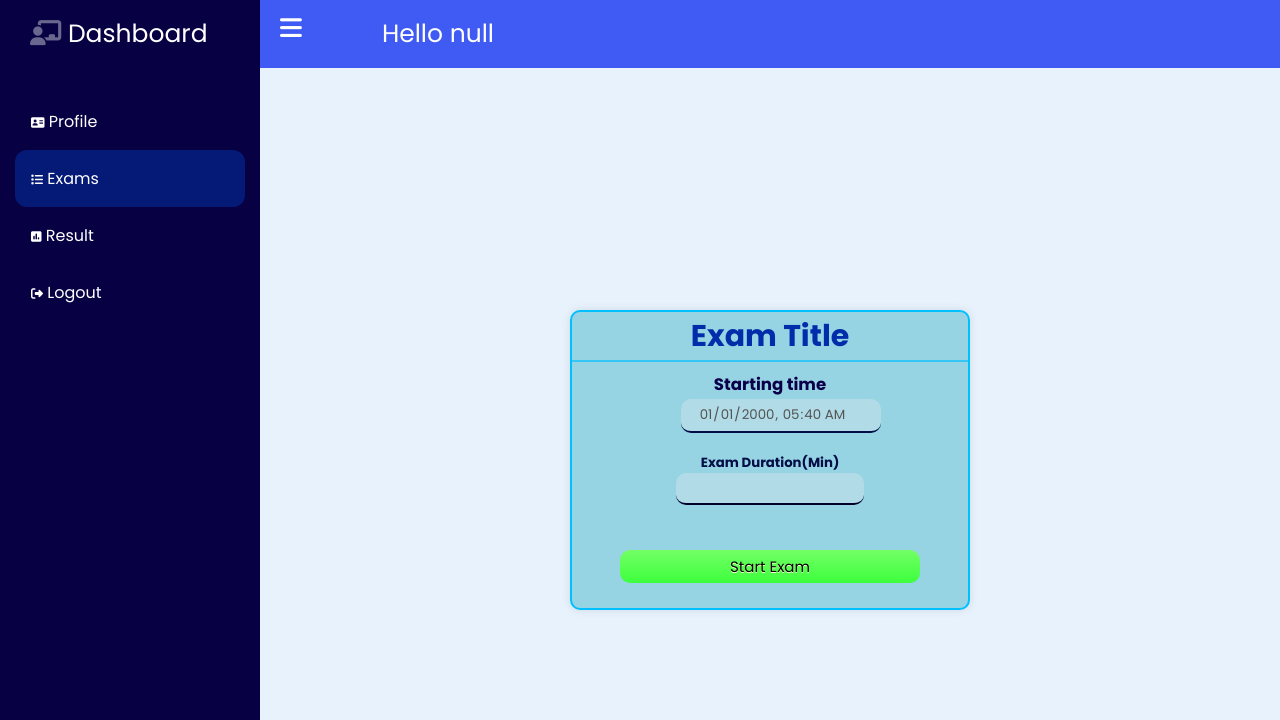
Repository: Buddhadip/ExamPortalApp_struts
Page: http://localhost/ExamWizard/WEB-INF/views/studentExams.jsp
The author's editor kept a copy of each file at every save. The page is drawn from the files as they stood at one save, then again after the next save.
The browser window is 1280 px wide. The pictures show the whole page.
The page is served by Tomcat 9. Nobody is signed in. Other server files are loaded and not shown. The template is opened directly, without the code that normally fills it, so the values that code supplies are empty.

Above is the page before, as saved 2023-07-19 09:46:56.

### ExamWizard/src/main/webapp/WEB-INF/views/studentExams.jsp
<%@ page language="java" contentType="text/html; charset=UTF-8"
    pageEncoding="UTF-8"%>
<!DOCTYPE html>
<html>
<head>
    <meta charset="UTF-8" />
    <meta http-equiv="X-UA-Compatible" content="IE=edge" />
    <meta name="viewport" content="width=device-width, initial-scale=1.0" />
    <title>Student Dashboard</title>
    <link rel="stylesheet" href="public/styles/studentHome.css" />
    <link rel="stylesheet" href="public/styles/studentExams.css" />
    <link rel="stylesheet" href="https://cdnjs.cloudflare.com/ajax/libs/font-awesome/6.4.0/css/all.min.css">
<title>Student Home</title>
</head>
<body>
<!-- <%@ taglib prefix="c" uri="http://java.sun.com/jsp/jstl/core" %>
<%
   // Retrieve a session attribute
   String username = (String) session.getAttribute("username");
%> -->
<nav class="sidebar">
      <a href="#" class="logo">
        <i class="fa-solid fa-chalkboard-user fa-beat-fade"></i>
        Dashboard
      </a>

      <div class="menu-content">
        <ul class="menu-items">
          <li class="item">
          <li class="item">
            <a href="profile.do">
              <i class="fa-solid fa-address-card"></i>
              Profile</a>
          </li>

          <li class="item  selected-item">
            <a href="studentExams.do">
                <i class="fa-solid fa-list"></i>
              Exams</a>
          </li>

          <li class="item">
            <a href="result.do">
            <i class="fa-solid fa-square-poll-vertical"></i>
              Result</a>
          </li>

          <li class="item">
            <a href="logout.do">
              <i class="fa-solid fa-right-from-bracket"></i>
              Logout</a>
          </li>
        </ul>
      </div>
    </nav>

    <nav class="navbar">
      <i class="fa-solid fa-bars" id="sidebar-close"></i>

      <div class="hellotext">Hello <%= username %></div>
    </nav>

    <main class="main">

      <div class="exam-card">

        <div class="exam-card-header">
          <h2> Exam Title</h2>
          <input type="text" class="eid"  id="${exam.eid}-id" name="eid" value="${exam.eid}" style="display: none" />
        </div>
        <div class="exam-card-body">
          <div class="body-time">
            <div class="exam-card-body-item" >
              <h5>Starting time</h5>
              <input type="datetime-local"  class="starttime" name="estart" value="2000-01-01T05:40:00" disabled/>
            </div>
          </div>
          <div class="duration">
            <h5>Exam Duration(Min)</h3>
            <input type="text" name="eduration"  id="${exam.eid}-dur" value="${exam.eduration}" disabled />
          </div>
          <div class="button-area">
            <div class="bottom-button">
              <button class="exambutton yellow" id="startexambutton"
                onclick="StartExam('${exam.eid}')">
                Start Exam
              </button>
            </div>
          </div>
        </div>
      </div>
    </main>

    <script src="public/js/studentExams.js"></script>

</body>
</html>

### ExamWizard/src/main/webapp/public/styles/studentHome.css
@charset "ISO-8859-1";
@charset "UTF-8";
/* Import Google font - Poppins */
@import url("https://fonts.googleapis.com/css2?family=Poppins:wght@200;300;400;500;600;700&display=swap");
* {
  margin: 0;
  padding: 0;
  box-sizing: border-box;
  font-family: "Poppins", sans-serif;
}

body{
	background: #e7f2fd;
}
.sidebar {
  position: fixed;
  height: 100%;
  width: 260px;
  background: #070144;
  padding: 15px;
  z-index: 99;
}
.logo {
  font-size: 25px;
  padding: 0 15px;
}
.sidebar a {
  color: #fff;
  text-decoration: none;
}
.menu-content {
  position: relative;
  height: 100%;
  width: 100%;
  margin-top: 40px;
  overflow-y: scroll;
}
.menu-content::-webkit-scrollbar {
  display: none;
}
.menu-items {
  height: 100%;
  width: 100%;
  list-style: none;
  transition: all 0.4s ease;
}
.submenu-active .menu-items {
  transform: translateX(-56%);
}
.item a,
.submenu-item {
  padding: 16px;
  display: inline-block;
  width: 100%;
  border-radius: 12px;
}
.item i {
  font-size: 12px;
}
.item a:hover,
.submenu-item:hover,
.submenu .menu-title:hover {
  background: rgba(34, 98, 236, 0.719);
}
.submenu .menu-title:hover ,
.selected-item {
  background: rgba(5, 81, 223, 0.322);
  border-radius: 12px;
}
.submenu-item {
  display: flex;
  justify-content: space-between;
  align-items: center;
  color: #fff;
  cursor: pointer;
}
.submenu {
  position: absolute;
  height: 100%;
  width: 100%;
  top: 0;
  right: calc(-100% - 26px);
  height: calc(100% + 100vh);
  background: #11101d;
  display: none;
}
.show-submenu ~ .submenu {
  display: block;
}
.submenu .menu-title {
  border-radius: 12px;
  cursor: pointer;
}
.submenu .menu-title i {
  margin-right: 10px;
}
.navbar,
.main {
  left: 260px;
  width: calc(100% - 260px);
  transition: all 0.5s ease;
  z-index: 1000;
}
.sidebar.close ~ .navbar,
.sidebar.close ~ .main {
  left: 0;
  width: 100%;
}
.navbar {
  position: fixed;
  color: #fff;
  padding: 15px 20px;
  font-size: 25px;
  background: #405bf4;
  cursor: pointer;
  display:flex;
  flex-direction:row;
}

.navbar .hellotext{
  margin-left:80px;
}
.navbar #sidebar-close {
  cursor: pointer;
}
.main {
  position: relative;
  display: flex;
  align-items: center;
  justify-content: center;
  height: 100vh;
  z-index: 100;
  background: #e7f2fd;
  z-index: 100;
  overflow-y:scroll;
  background: #e7f2fd;
  flex-direction:column;
  padding-top:200px;
}
.main h1 {
  color: #11101d;
  font-size: 40px;
  text-align: center;
}

### ExamWizard/src/main/webapp/public/styles/studentExams.css
@charset "ISO-8859-1";
@charset "ISO-8859-1";

.main h1 {
  color: #11101d;
  font-size: 40px;
  text-align: center;
  height: 5%;
}
.card-holder{
  display:flex;
  flex-direction:row;
  justify-content:space-around;
  align-items:center;
  flex-wrap: wrap;
  width:100%;
  height:95%;
  margin-top:50px;
  /* background-color: rgb(229, 255, 255); */
  padding: 50px;
}
.exam-card{
  width: 400px;
  height: 300px;
  background-color: rgb(255, 255, 255);
  border-radius: 10px;
  border: 2px solid deepskyblue;
  box-shadow: 0px 0px 10px 0px rgba(0, 0, 0, 0.1);
  margin: 20px;
  display: flex;
  flex-direction: column;
  align-items: center;
  cursor: pointer;
  transition: all 0.3s ease;
  background-color: #76c8d9b5;
}
.exam-card-header{
  width: 100%;
  height: 50px;
  color: #002eab;

  display: flex;
  justify-content: center;
  align-items: center;
  font-size: 20px;
  font-weight: 600;
  border-bottom: 2px solid rgba(0, 191, 255, 0.644);
}
.exam-card-body{
  width: 100%;
}

.exam-card-body-item{
  width:50%;
  padding: 10px;

}
.exam-card-body-item h5{
  color: rgb(10, 0, 74);
  text-align: center;
}
.exam-card-body-item input{
  border-radius: 10px;
  padding: 5px 0px;
  text-align: center;
}
.body-time{
  width:100%;
  display: flex;
  justify-content: center;
  align-items: center;
  font-size: 20px;
  flex-direction: row;
}
.starttime{
  border: none;
    border-bottom: 2px solid #000d47;
}
.duration {
  width: 100%;
  text-align: center;
  padding: 10px;
  color: #000d47;


}
.duration input{
    width: 50%;
    padding: 5px;
    border-radius: 10px;
    border: none;
    border-bottom: 2px solid #01002b;
    text-align: center;
}

.top-button{
  width: 100%;
  display: flex;
  justify-content: space-around;
  align-items: center;
  padding: 10px;
  flex-direction: row;

}

.exambutton{
  width: 80%;
  padding: 5px;
  border-radius: 10px;
  border: none;
  margin: 5px;
  cursor: pointer;
  font-size: 15px;
  margin-top: 25px;
}
@-moz-keyframes yellow {
  0%, 100% {
    -moz-box-shadow: 1px 0px 19px 4px #35ff03, inset 0px 0px 10px rgba(255, 255, 255, 0.5);
    box-shadow: 1px 0px 19px 4px #18ff03, inset 0px 0px 10px rgba(255, 255, 255, 0.5); }

  50% {
    -moz-box-shadow: 0px 0px 0px 0px rgba(255, 245, 3, 0), inset 0px 0px 0px rgba(255, 255, 255, 0);
    box-shadow: 0px 0px 0px 0px rgba(255, 245, 3, 0), inset 0px 0px 0px rgba(255, 255, 255, 0); } }

@-webkit-keyframes yellow {
  0%, 100% {
    -webkit-box-shadow: 1px 0px 19px 4px #03ff3a, inset 0px 0px 10px rgba(255, 255, 255, 0.5);
    box-shadow: 1px 0px 19px 4px #03ff2d, inset 0px 0px 10px rgba(255, 255, 255, 0.5); }

  50% {
    -webkit-box-shadow: 0px 0px 0px 0px rgba(255, 245, 3, 0), inset 0px 0px 0px rgba(255, 255, 255, 0);
    box-shadow: 0px 0px 0px 0px rgba(255, 245, 3, 0), inset 0px 0px 0px rgba(255, 255, 255, 0); } }

@-o-keyframes yellow {
  0%, 100% {
    box-shadow: 1px 0px 19px 4px #03ff2d, inset 0px 0px 10px rgba(255, 255, 255, 0.5); }

  50% {
    box-shadow: 0px 0px 0px 0px rgba(255, 245, 3, 0), inset 0px 0px 0px rgba(255, 255, 255, 0); } }

@keyframes yellow {
  0%, 100% {
    box-shadow: 1px 0px 19px 4px #03ff18, inset 0px 0px 10px rgba(255, 255, 255, 0.5); }

  50% {
    box-shadow: 0px 0px 0px 0px rgba(255, 245, 3, 0), inset 0px 0px 0px rgba(255, 255, 255, 0); } }

.button {
  text-align: center;
  padding: 10px 20px;
  text-decoration: none;
  color: #000;
  font-weight: bold;
  -webkit-border-radius: 10px;
  -moz-border-radius: 10px 0;
  border-radius: 10px 0;
  margin-right: 20px; }

.yellow {
  text-shadow: 0px 1px 0px #faffc7;
  background-image: -webkit-linear-gradient(top, #66ff6e, #84fd80);
  background-image: -moz-linear-gradient(top, #66ff66, #80fd8a);
  background-image: -o-linear-gradient(top, #66ff6e, #80fd86);
  background-image: linear-gradient(to bottom, #73ff66, #3dff3d);
  -webkit-animation: yellow 2s infinite;
  -moz-animation:yellow 2s infinite;
  -o-animation: yellow 2s infinite;
  animation: yellow 2s infinite; }
.bottom-button{
  width: 100%;
  display: flex;
  justify-content: space-around;
  align-items: center;
  padding: 10px;
  flex-direction: row;
}

### ExamWizard/src/main/webapp/public/js/studentExams.js
const sidebar = document.querySelector(".sidebar");
const sidebarClose = document.querySelector("#sidebar-close");
const menu = document.querySelector(".menu-content");
const menuItems = document.querySelectorAll(".submenu-item");
const subMenuTitles = document.querySelectorAll(".submenu .menu-title");

sidebarClose.addEventListener("click", () => {
  sidebar.classList.toggle("close");
  menu.classList.remove("submenu-active");
  menuItems.forEach((item) => {
    item.classList.remove("show-submenu");
  });
});

menuItems.forEach((item, index) => {
  item.addEventListener("click", () => {
    menu.classList.add("submenu-active");
    item.classList.add("show-submenu");
    menuItems.forEach((item2, index2) => {
      if (index !== index2) {
        item2.classList.remove("show-submenu");
      }
    });
  });
});

subMenuTitles.forEach((title) => {
  title.addEventListener("click", () => {
    menu.classList.remove("submenu-active");
  });
});

After the next save:
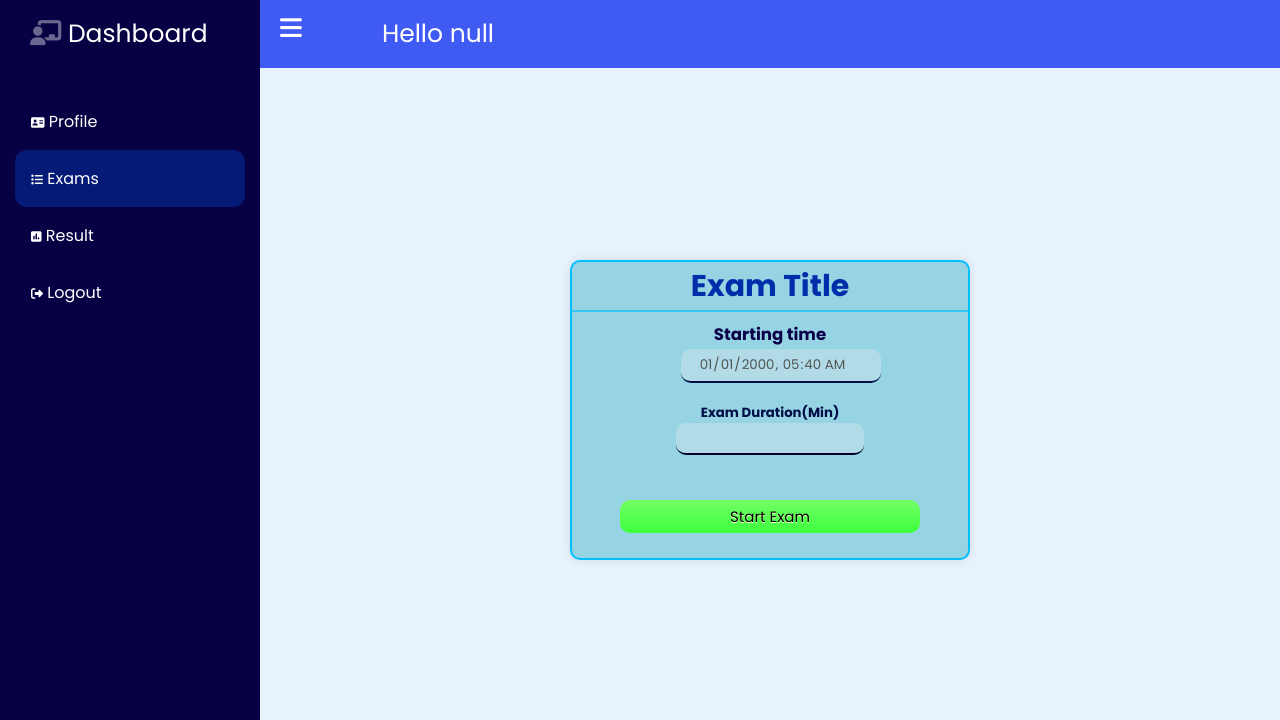
Saved 6 s later.
--- a/ExamWizard/src/main/webapp/public/styles/studentHome.css
+++ b/ExamWizard/src/main/webapp/public/styles/studentHome.css
@@ -135,7 +135,7 @@ body{
   overflow-y:scroll;
   background: #e7f2fd;
   flex-direction:column;
-  padding-top:200px;
+  padding-top:100px;
 }
 .main h1 {
   color: #11101d;
